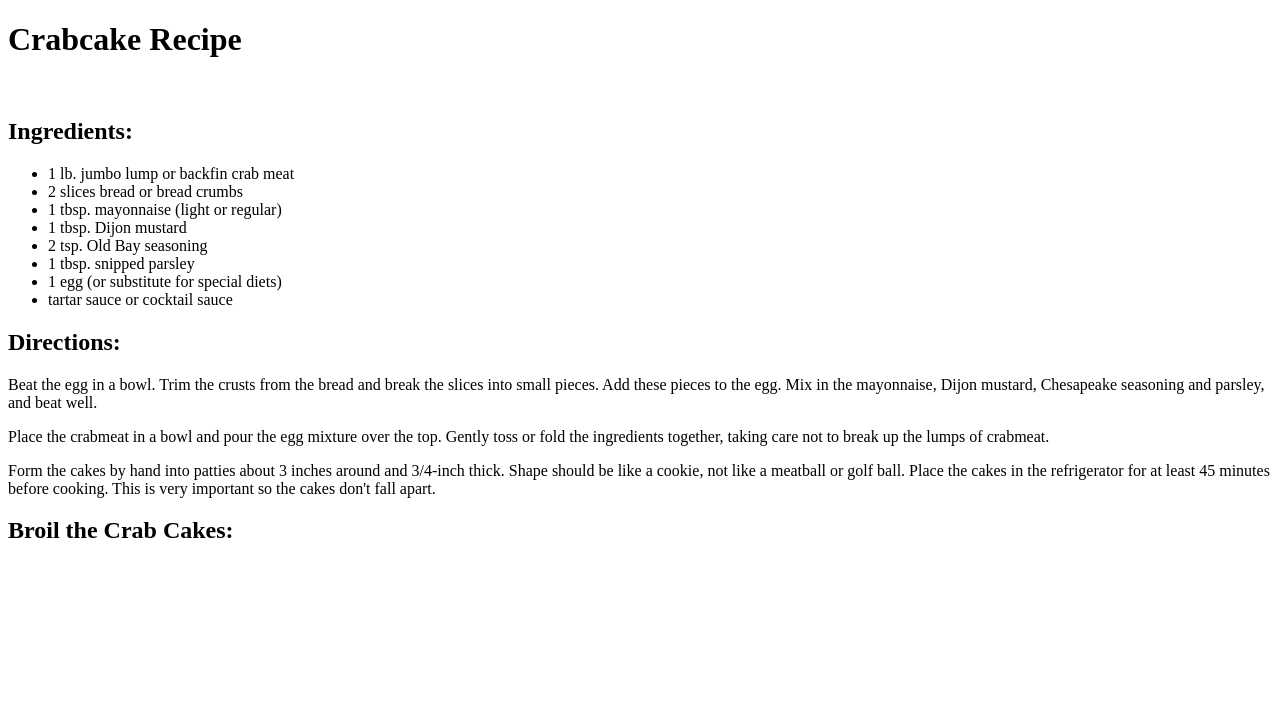
Repository: ri144/JavaWebCourse
Page: CrabcakeWebsite/WebContent/NewFile.html
The author's editor kept a copy of each file at every save. The page is drawn from the files as they stood at one save, then again after the next save.
The browser window is 1280 px wide. The pictures show the whole page.

Above is the page before, as saved 2017-06-13 13:30:15.

After the next save:
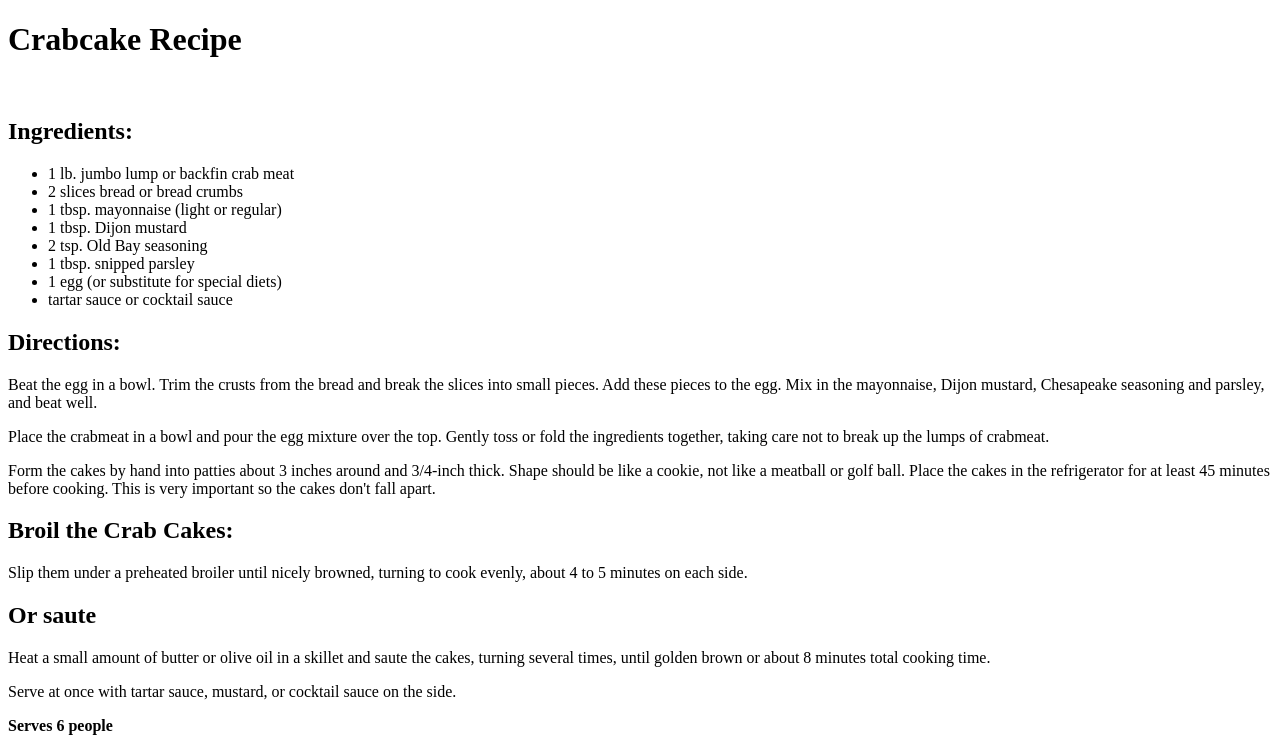
Saved 96 s later.
--- a/CrabcakeWebsite/WebContent/NewFile.html
+++ b/CrabcakeWebsite/WebContent/NewFile.html
@@ -22,5 +22,10 @@
 <p>Place the crabmeat in a bowl and pour the egg mixture over the top. Gently toss or fold the ingredients together, taking care not to break up the lumps of crabmeat.</p>
 <p>Form the cakes by hand into patties about 3 inches around and 3/4-inch thick. Shape should be like a cookie, not like a meatball or golf ball. Place the cakes in the refrigerator for at least 45 minutes before cooking. This is very important so the cakes don't fall apart.</p>
 <h2>Broil the Crab Cakes:</h2>
+<p>Slip them under a preheated broiler until nicely browned, turning to cook evenly, about 4 to 5 minutes on each side.</p>
+<h2>Or saute</h2>
+<p>Heat a small amount of butter or olive oil in a skillet and saute the cakes, turning several times, until golden brown or about 8 minutes total cooking time.</p>
+<p>Serve at once with tartar sauce, mustard, or cocktail sauce on the side.</p>
+<p><b>Serves 6 people</b></p>
 </body>
 </html>
